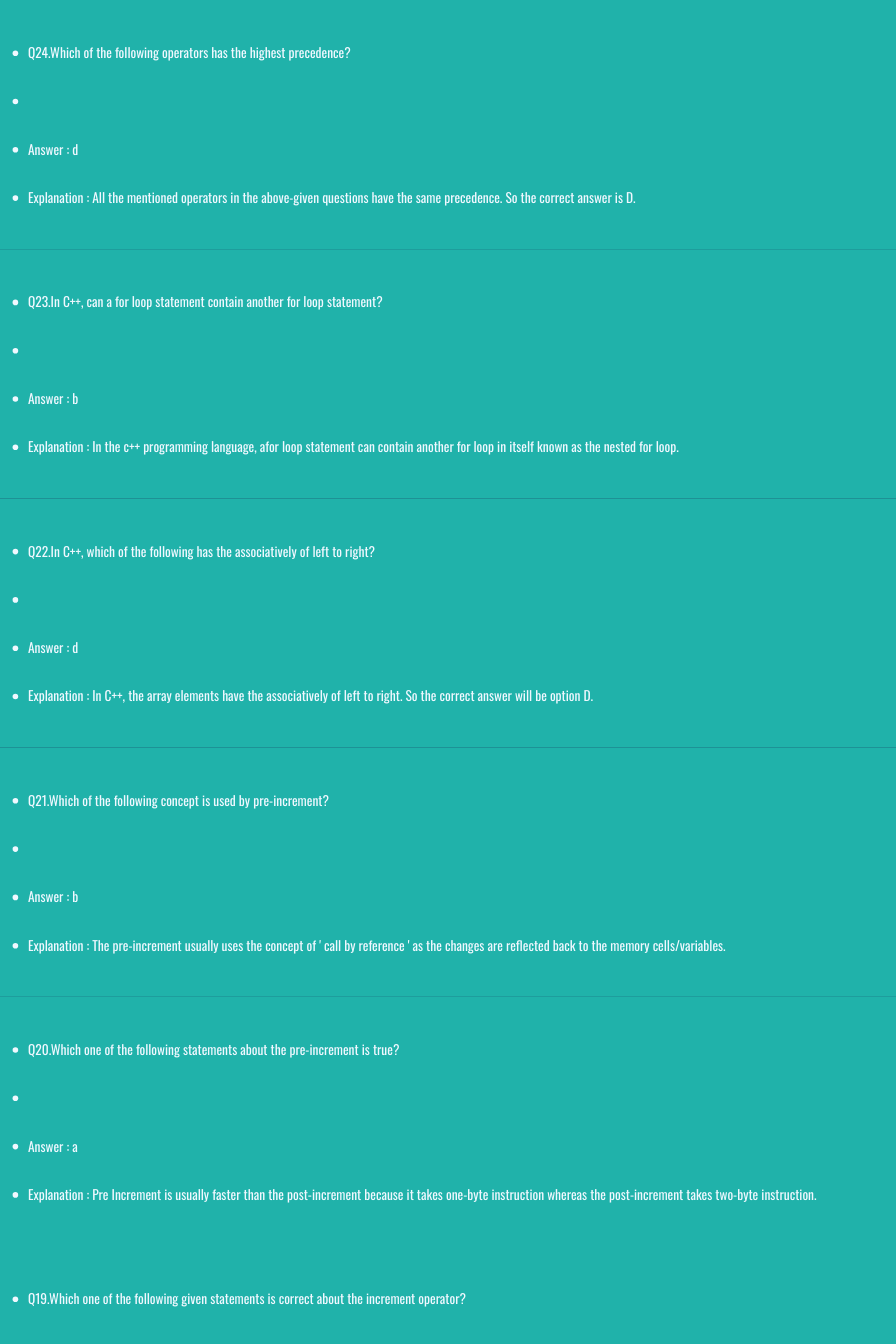
Repository: abdelrahmanahmed20021/Quiz-Platform
Page: info.html
An editor plug-in stored every save of this project. The page is shown before and after the next save, followed by the edit.
The browser window is 1280 px wide. The pictures show the part of the page from y = 0 to 1920 px (the page is 11674 px tall before and 720 px after), at 70% of full size.

Above is the page before, as saved 2023-01-11 18:15:58.

After the next save:
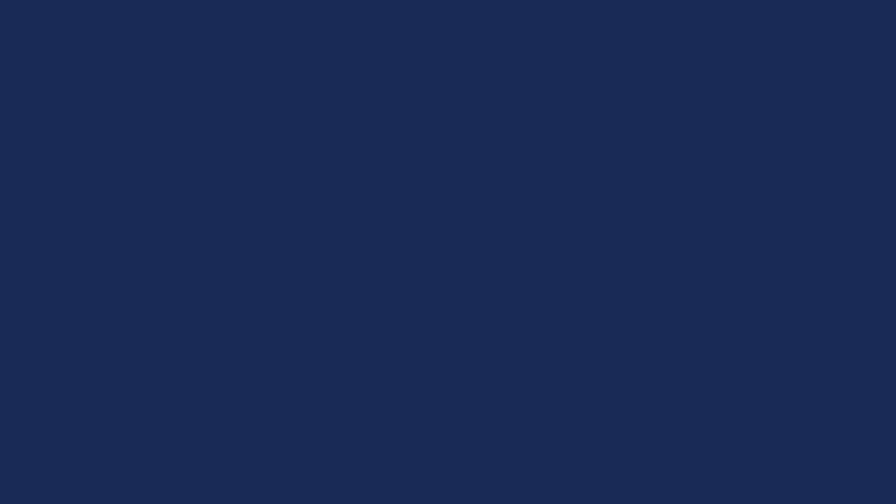
Console error: ReferenceError: answer is not defined
Saved 54 s later.
--- a/info.html
+++ b/info.html
@@ -38,12 +38,11 @@
           const body = document.querySelector("body");
 
           data.forEach((e) =>{
-            console.log(e.c);
             body.insertAdjacentHTML("afterend",`
             <ul class="info-answers">
                 <li>${e.quest}</li>
                 <li><img src="${e?.img}"alt=""></li>
-                <li>Answer : ${e.answer}</li>
+                <li>Answer : ${e[answer]}</li>
                 <li>Explanation : ${e.explanation}</li>
             </ul>
 

After the save that followed:
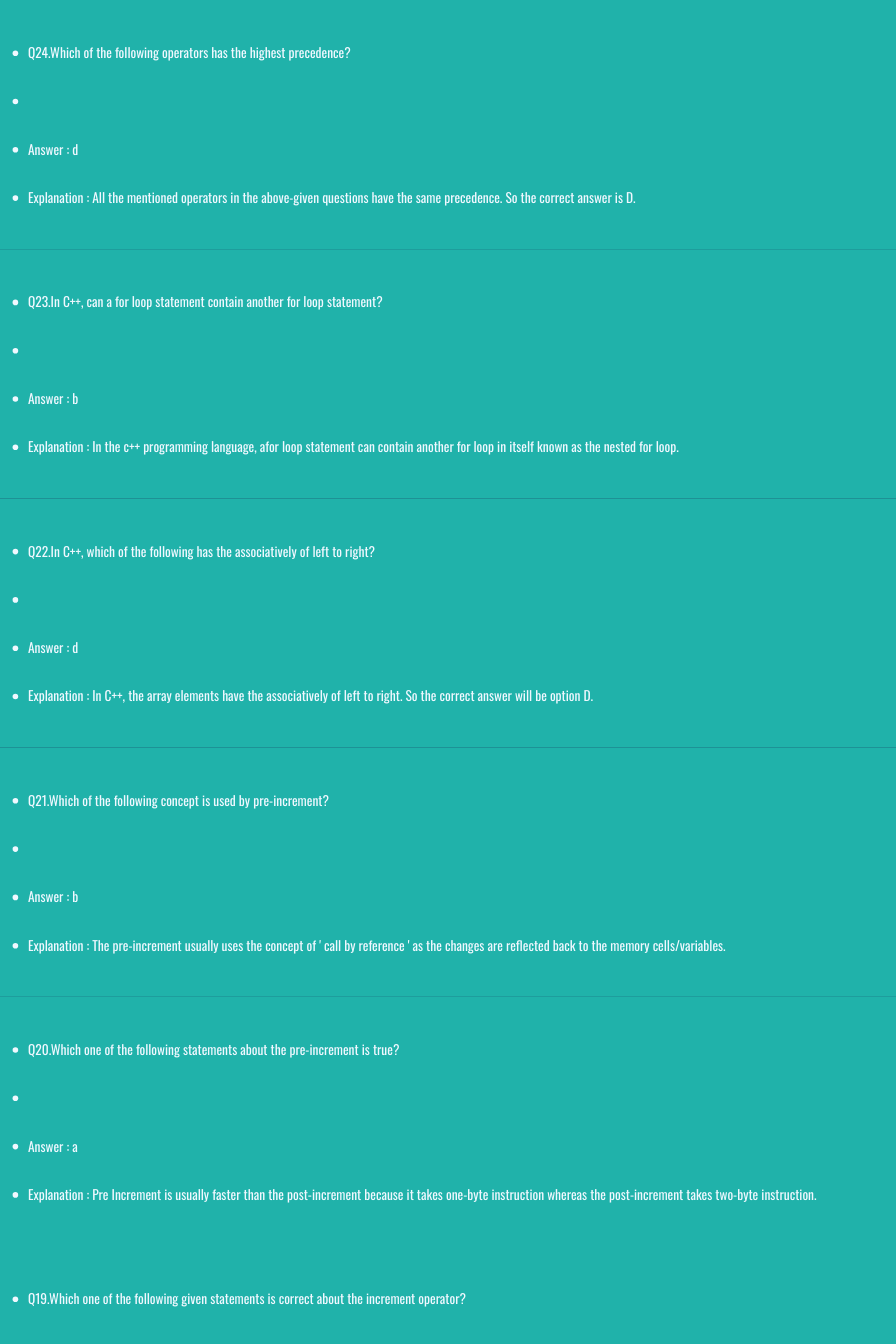
The error is gone.
Saved 11 s later.
--- a/info.html
+++ b/info.html
@@ -42,7 +42,7 @@
             <ul class="info-answers">
                 <li>${e.quest}</li>
                 <li><img src="${e?.img}"alt=""></li>
-                <li>Answer : ${e[answer]}</li>
+                <li>Answer : ${e.answer}</li>
                 <li>Explanation : ${e.explanation}</li>
             </ul>
 
